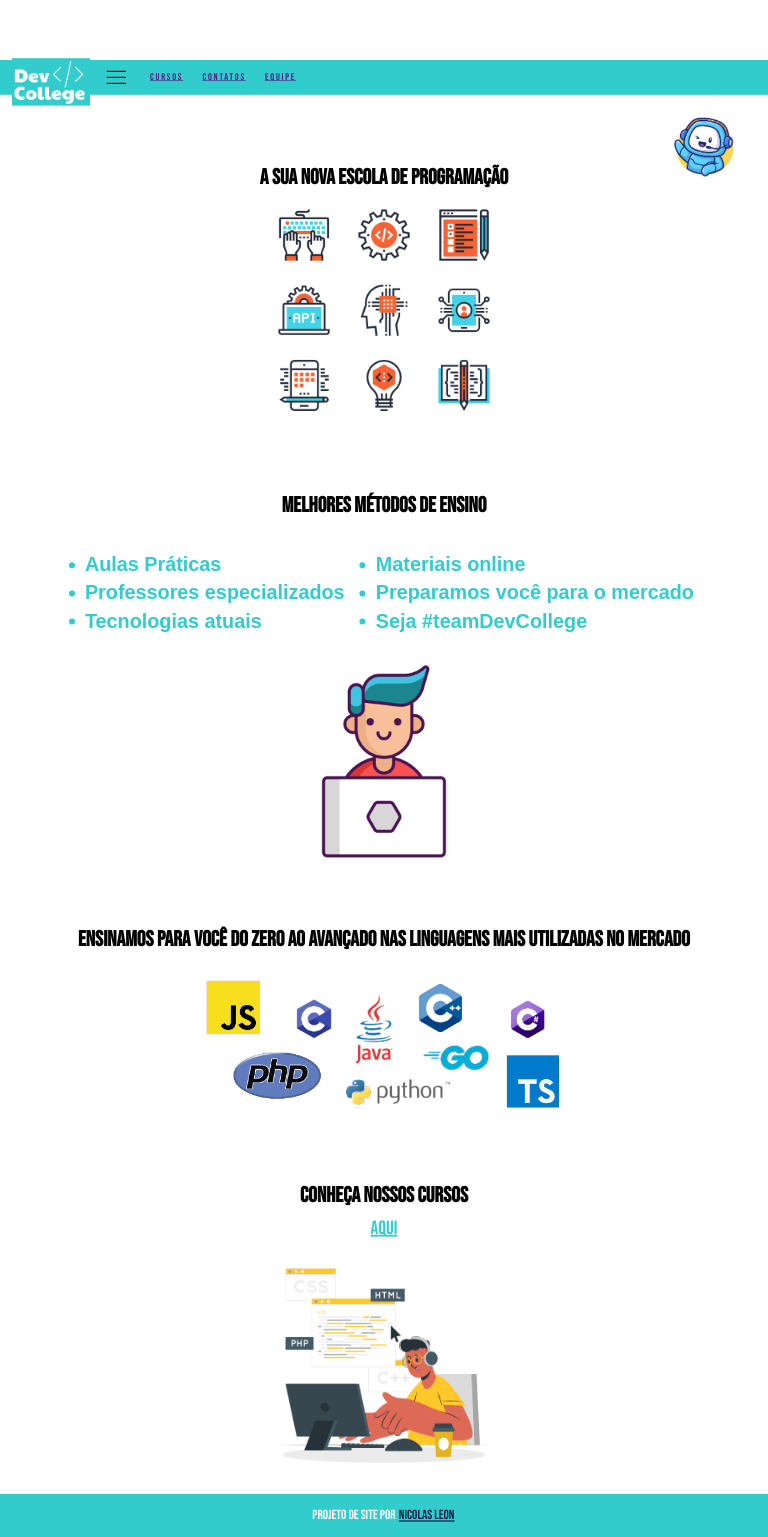
Repository: Leonngc/DEV-COLLEGE
Page: home.html
These files come from the project's save history. The page is drawn as it stood at one moment and after a run of saves; the edit follows.
The browser window is 1280 px wide. The pictures show the whole page, at 60% of full size.
Some web fonts or font styles are not loaded; a fallback is used.

Above is the page before, as saved 2023-02-28 22:54:10.

### home.html
<!DOCTYPE html>
<html lang="pt-br">
<head>
    <meta charset="UTF-8">
    <meta http-equiv="X-UA-Compatible" content="IE=edge">
    <meta name="viewport" content="width=device-width, initial-scale=1.0">
    <link rel="shortcut icon" href="../logos/DEV COLLEGE (2).png" type="image/x-icon">

    <link rel="stylesheet" href="estilos/home.css">
    <link rel="stylesheet" href="estilos/desktop.css">
    <link rel="stylesheet" href="menu/menu.css">

    <link rel='stylesheet' href='https://cdn-uicons.flaticon.com/uicons-regular-rounded/css/uicons-regular-rounded.css'>
    <script src="menu/menu.js" defer></script>

    <title>Home</title>
</head>
<body>
    <header>

       <nav id="nav">
        <a href="/" class="logo"><img src="logos/2.png" alt="" id="logo"></a>
               <div class="menu-burguer">
                <div class="line1"></div>
                <div class="line2"></div>
                <div class="line3"></div>
               </div>

                    <ul class="menu-mobile">
                        <li class="nav-link"><a href="">Cursos</a></li>
                        <li class="nav-link"><a href="">Contatos</a></li>
                        <li class="nav-link"><a href="">Equipe</a></li>
                    </ul>
           </nav>

            </div>


    </header>

    <main>
        <div id="chatbot-container">
            <button id="call-chatbot"><img src="images/robot.png" alt="Chatbot" id="robot-img" title="Converse com o DevEase, nosso querido chatbot"></button>
        </div>
        <section>
            <h2>A sua nova escola de programação</h2>
            <img src="images/linguagens.png" alt="" id="tec-img">
        </section>

        <section>
            <h2>Melhores métodos de ensino</h2>

            <div id="skills-container">
                <ul class="skills-course">
                    <li>Aulas Práticas</li>
                    <li>Professores especializados</li>
                    <li>Tecnologias atuais</li>
                </ul>
                <ul class="skills-course">
                    <li>Materiais online</li>
                    <li>Preparamos você para o mercado</li>
                    <li>Seja #teamDevCollege</li>
                </ul>
            </div>
            <div>
                <img src="images/dev.png" alt="" id="dev-img">
            </div>
        </section>

        <section>
            <h2>Ensinamos para você do zero ao avançado nas linguagens mais utilizadas no mercado</h2>

            <div>
                <img src="images/Linguagens-de-programacao-1.png" alt="" id="ling-img">
            </div>
        </section>

        <section>
            <h2>Conheça nossos cursos</h2>
            <a href="" id="nav-course">Aqui</a>
            <div>
                <img src="images/programmer-cuate-3920.webp" alt="" id="programmer-img">
            </div>
        </section>
    </main>


    <footer>
        <p>Projeto de site por <a href="">Nicolas Leon</a></p>
    </footer>
</body>
</html>

### estilos/home.css
@import url("https://fonts.googleapis.com/css2?family=Paytone+One&display=swap");

@font-face {
  font-family: Bebas Neue;
  src: url(../fonts/BebasNeue-Regular.ttf);
}

:root {
  --paytone: "Paytone One", sans-serif;
  --dark-violet: #121d46;
  --pink: #ec518f;
}




* {
  padding: 0;
  margin: 0;
  box-sizing: border-box;
}

body{
  overflow-x: hidden;
  max-width: 100vw;
}

#logo{
  width: 10px;
}

header{
  background-color: var(--cyan);
  max-width: 100vw;
}

#logo-container{
text-align: center;
}

#logo{
width: 170px;
}


section > h2{
  font-family: Bebas Neue, cursive;
  font-size: 28px;
  padding: 12px;
}

section{
  margin-top: 100px;
  text-align: center;
  width: 100%;
}

#tec-img{
  width: 300px;
}

#nav-course{
  font-family: Bebas Neue;
  font-size: 32px;
  color: var(--cyan);
}

footer{
  text-align: center;
  background-color: var(--cyan);
  padding: 22px;
  color: white;
  font-family: Bebas Neue;
  font-size: 22px;
  max-width: 100vw;
}

footer > p > a{
  padding: 2px;
  color: #121d46;
}



#skills-container{
  margin-left: 18px;
  padding: 20px;
}


.skills-course > li{
  text-align: left;
  font-size: 1.1em;
  font-family: var(--paytone);
  font-weight: bold;
  color: var(--cyan);
  margin-bottom: 9px;
}

#dev-img{
  width: 180px;
}

#ling-img{
  margin-top: 25px;
  width: 350px;
}

#chatbot-container{
  display: flex;
  flex-direction: row-reverse;
  margin-right: 90px;
}

#robot-img{
  width: 100px;
  position: fixed;
}

#programmer-img{
  width: 400px;
}

@media screen and (min-width: 800px){
  p{
    text-align: center;
  }

#skills-container{
  align-items: center;
  justify-content: center;
}

h2{
  font-size: 40px;
}
}

### estilos/desktop.css
@media screen and (min-width: 750px){
    p{
      text-align: center;
    }

  #skills-container{
    align-items: center;
    justify-content: center;
  }

  section > h2{
    font-size: 36px;
  }
 #skills-container{
  display: flex;
 }

 .skills-course{
  margin: 26px;
  font-size: 30px;
 }

 #tec-img{
  width: 400px;
 }

 #dev-img{
  width: 320px;
 }

 #ling-img{
  width: 620px;
 }

 #programmer-img{
  width: 420px;
 }

 #robot-img{
  width: 170px;
  position: fixed;
  display: flex;
  float: left;

}
  }

### menu/menu.css
@import url("https://fonts.googleapis.com/css2?family=Paytone+One&display=swap");

@font-face {
  font-family: Bebas Neue;
  src: url(../fonts/BebasNeue-Regular.ttf);
}


:root {
  --paytone: "Paytone One", sans-serif;
  --dark-violet: #121d46;
  --pink: #ec518f;
  --cyan:#33CCCC;
}

*{
    padding: 0;
    margin: 0;
    box-sizing: border-box;
}

header{
    background-color: var(--cyan);
    max-width: 100vw;

}

.logo{
text-align: center;
width: 170px;
}



#logo{
  margin-top: 20px;
  width: 130px;
}

#nav{
 display: flex;
 justify-content: baseline;
 align-items: center;
 margin-top: 100px;
 font-family: Bebas Neue, cursive;
 background-color: var(--cyan);
 height: 8vh;
}

.menu-mobile{
  list-style: none;
  display: flex;
}

.menu-mobile li{
  letter-spacing: 3px;
  margin-left: 32px;
}

.menu-burguer{
  cursor: pointer;

}

.menu-burguer div{
  width: 32px;
  height: 2px;
  background-color: black;
  margin: 8px;
  transition: 0.3s;
}

button > #robot-img{
    left: 85vw;
  }

  #call-chatbot :hover{
    cursor: pointer;

}
@media screen and (max-width: 999px) {
  .menu-mobile{
    position: absolute;
    top: 8vh;
    right: 0;
    width: 50vw;
    height: 92vh;
    background-color: black;
    flex-direction: column;
    align-items: center;
    justify-content: space-around;
    transform: translateX(100%);
    transition: transform 0.3s ease-in;
  }

  .menu-mobile li{
    margin-left: 0;
    opacity: 0;
  }

  .menu-burguer{
    display: block;
  }
}

Loaded but not shown: menu/menu.js (empty)

After the next 3 saves:
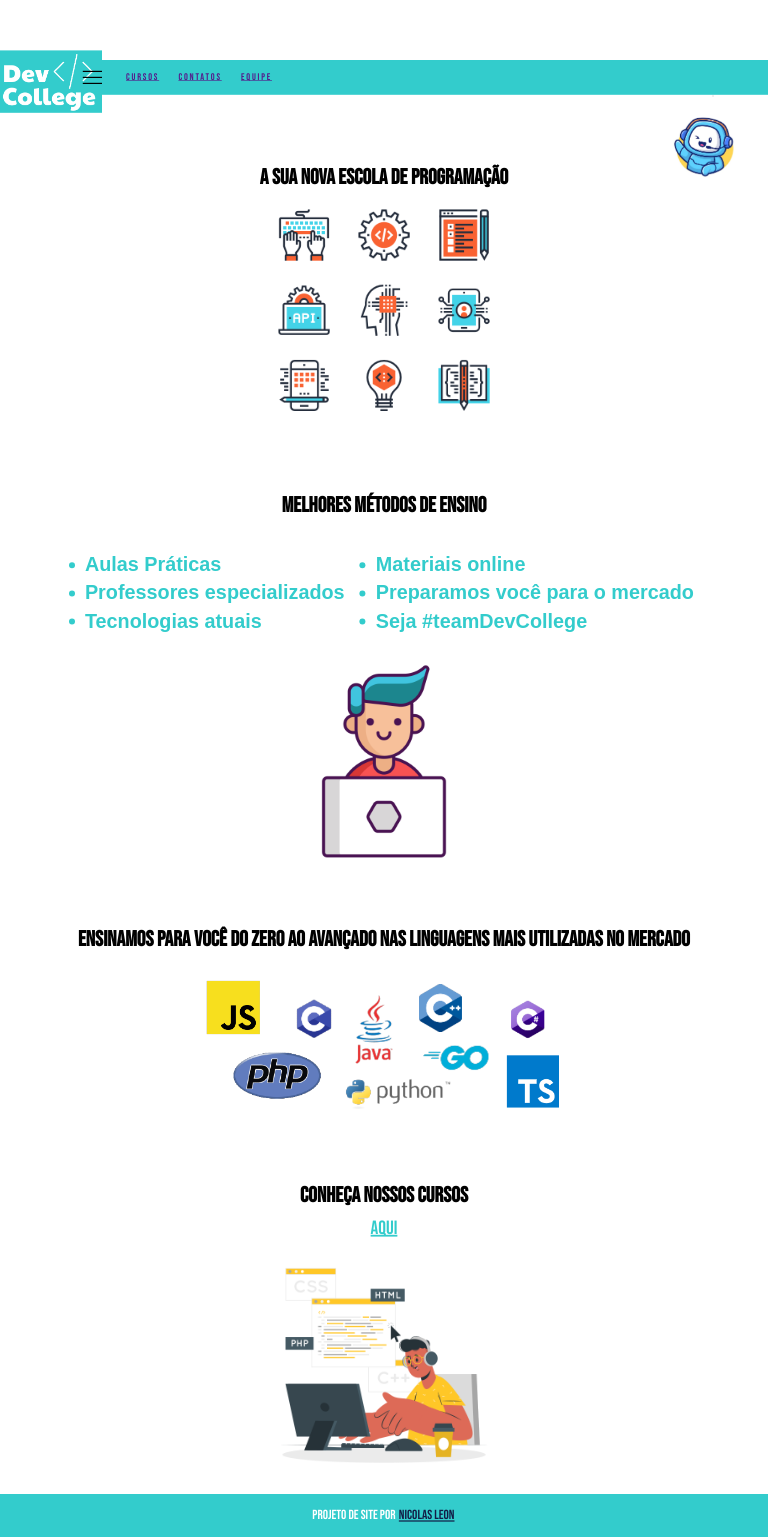
The 3 saves are shown as one change because they came seconds apart.
The last was saved 8 s later.
--- a/menu/menu.css
+++ b/menu/menu.css
@@ -28,11 +28,6 @@
 .logo{
 text-align: center;
 width: 170px;
-}
-
-
-
-#logo{
   margin-top: 20px;
   width: 130px;
 }
